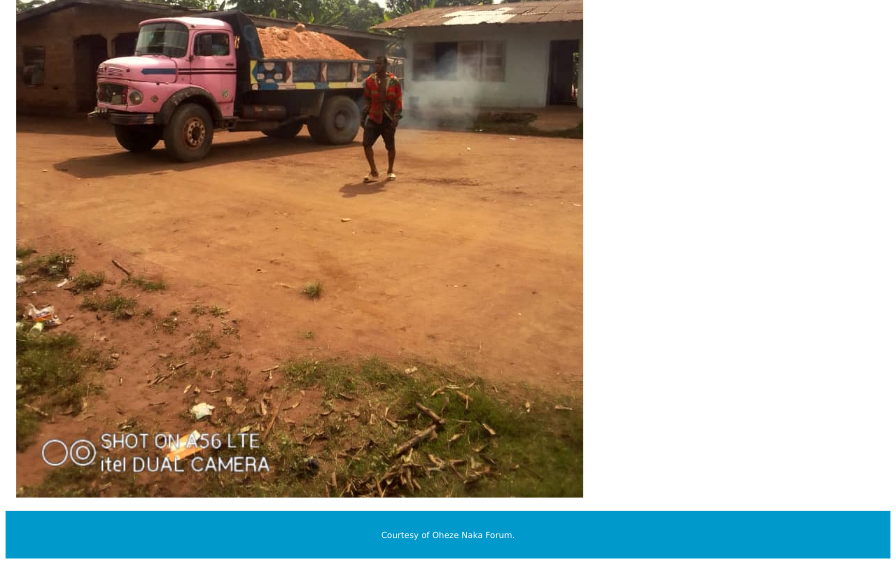
Repository: OtasowieRotimiOsifo/oheze-naka-forum
Page: projects_update_info.html
An editor plug-in stored every save of this project. The page is shown before and after the next save, followed by the edit.
The browser window is 1280 px wide. The pictures show the part of the page from y = 1977 to 3897 px (the page is 2783 px tall before and 3897 px after), at 70% of full size.

Above is the page before, as saved 2021-07-23 23:40:50.

### projects_update_info.html
<!DOCTYPE html>
<html lang="en">

<meta name="viewport" content="width=device-width, initial-scale=1.0">
<style>
* {
  box-sizing: border-box;
}

.row::after {
  content: "";
  clear: both;
  display: table;
}

[class*="col-"] {
  float: left;
  padding: 15px;
}

html {
  font-family: "Lucida Sans", sans-serif;
}

.header {
  background-color: #9933cc;
  color: #ffffff;
  padding: 15px;
}

.menu ul {
  list-style-type: none;
  margin: 0;
  padding: 0;
}

.menu li {
  padding: 8px;
  margin-bottom: 7px;
  background-color: #33b5e5;
  color: #ffffff;
  box-shadow: 0 1px 3px rgba(0,0,0,0.12), 0 1px 2px rgba(0,0,0,0.24);
}

.menu li:hover {
  background-color: #0099cc;
}

.aside {
  background-color: #4E38A9;
  padding: 15px;
  color: #ffffff;
  text-align: center;
  font-size: 14px;
  box-shadow: 0 1px 3px rgba(0,0,0,0.12), 0 1px 2px rgba(0,0,0,0.24);
}

.footer {
  background-color: #0099cc;
  color: #ffffff;
  text-align: center;
  font-size: 12px;
  padding: 15px;
}

/* For mobile phones: */
[class*="col-"] {
  width: 100%;
}

@media only screen and (min-width: 600px) {
  /* For tablets: */
  .col-s-1 {width: 8.33%;}
  .col-s-2 {width: 16.66%;}
  .col-s-3 {width: 25%;}
  .col-s-4 {width: 33.33%;}
  .col-s-5 {width: 41.66%;}
  .col-s-6 {width: 50%;}
  .col-s-7 {width: 58.33%;}
  .col-s-8 {width: 66.66%;}
  .col-s-9 {width: 75%;}
  .col-s-10 {width: 83.33%;}
  .col-s-11 {width: 91.66%;}
  .col-s-12 {width: 100%;}
}
@media only screen and (min-width: 768px) {
  /* For desktop: */
  .col-1 {width: 8.33%;}
  .col-2 {width: 16.66%;}
  .col-3 {width: 25%;}
  .col-4 {width: 33.33%;}
  .col-5 {width: 41.66%;}
  .col-6 {width: 50%;}
  .col-7 {width: 58.33%;}
  .col-8 {width: 66.66%;}
  .col-9 {width: 75%;}
  .col-10 {width: 83.33%;}
  .col-11 {width: 91.66%;}
  .col-12 {width: 100%;}
}
</style>
<head>
<title> Project Updates </title>
</head>
<body>

<div class="header">
  <h1>Project Updates</h1>
</div>
<div class="row">
  <h2>Primary School Renovation Project</h2>
  <div class="col-8 col-s-9">

      <ul>
        <li>Preparation of land for the construction of a new block of three classrooms</li>
        <li>Purchase of building materials for the construction project</li>
        <li>Moulding of blocks that will be used for the construction</li>
      </ul>
    </div>
  </div>
  <div class="row">
    <h2>Land Preparation</h2>
    <span>Preparation of the parcel of land for the project was performed by the indigenes residing in the village</span>
    <div  class="col-12 col-s-12">
      <img src="project_updates/ground-preparation.jpeg"/>
  </div>
  </div>
  <div class="row">
    <h2>Delivery of sand and raw materials for the project</h2>
    <span>Purchase and delivery of raw materials was achieved through the financial contributions from memebers of the forum</span>
    <div  class="col-12 col-s-12">
      <img src="project_updates/delivery-of-sand.jpeg"/>
  </div>
  </div>
<div class="footer">
  <p>Courtesy of Oheze Naka Forum.</p>
</div>

</body>
</html>

After the next save:
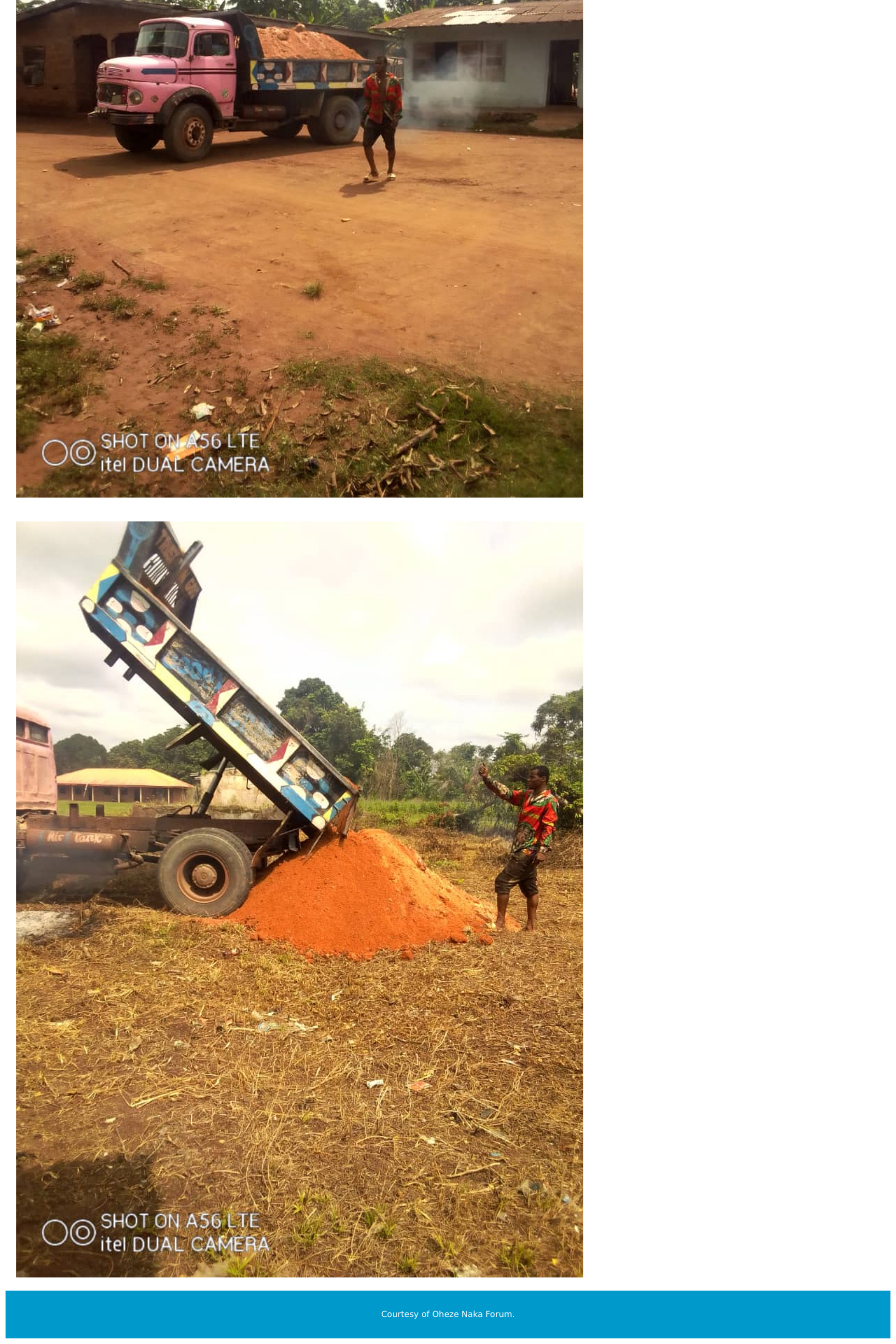
Saved 82 s later.
--- a/projects_update_info.html
+++ b/projects_update_info.html
@@ -132,6 +132,11 @@ html {
       <img src="project_updates/delivery-of-sand.jpeg"/>
   </div>
   </div>
+  <div class="row">
+    <div  class="col-12 col-s-12">
+      <img src="project_updates/delivery-of-sand-2.jpeg"/>
+  </div>
+  </div>
 <div class="footer">
   <p>Courtesy of Oheze Naka Forum.</p>
 </div>
